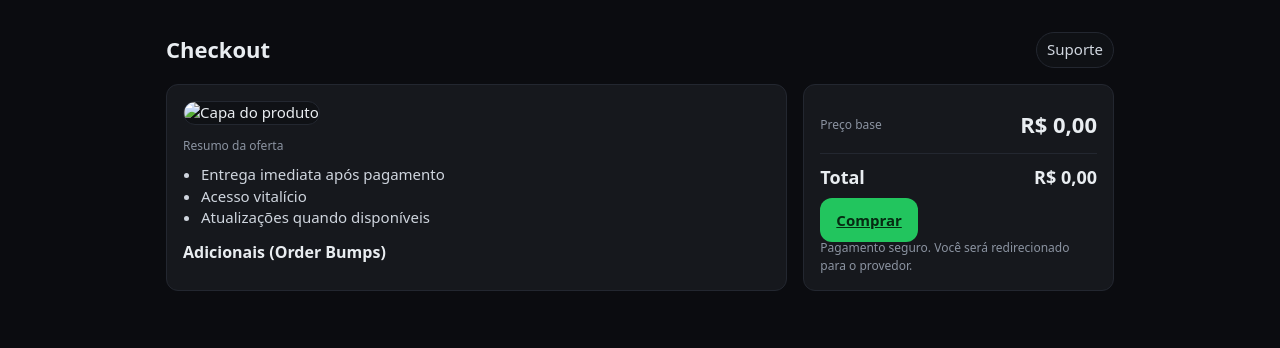
Repository: Rob-son-prog/hiveloja-whatsapp
Page: checkout/index.html
These files come from the project's save history. The page is drawn as it stood at one moment and after the next save; the edit follows.
The browser window is 1280 px wide. The pictures show the whole page.
The page's requests for data from a server got no answer.

Above is the page before, as saved 2025-10-09 10:04:18.

### checkout/index.html
<!doctype html>
<html lang="pt-BR">
<head>
  <meta charset="utf-8" />
  <meta name="viewport" content="width=device-width,initial-scale=1" />
  <title>Checkout</title>
  <style>
    :root{--bg:#0b0c10;--card:#16181d;--muted:#8b93a1;--txt:#e9edf1;--acc:#22c55e;--bd:#232730;}
    *{box-sizing:border-box}
    body{margin:0;font:15px/1.45 system-ui,-apple-system,Segoe UI,Roboto,Arial;background:var(--bg);color:var(--txt)}
    .wrap{max-width:980px;margin:32px auto;padding:0 16px}
    .head{display:flex;justify-content:space-between;align-items:center;margin-bottom:16px}
    .tabs{display:flex;gap:8px;flex-wrap:wrap}
    .tab{border:1px solid var(--bd);background:#0f1115;color:var(--txt);padding:8px 12px;border-radius:10px;cursor:pointer}
    .tab.active{background:var(--acc);color:#092b14;font-weight:700;border-color:#15803d}
    .grid{display:grid;grid-template-columns:2fr 1fr;gap:16px}
    .card{background:var(--card);border:1px solid var(--bd);border-radius:12px;padding:16px}
    .img{width:100%;height:280px;border-radius:12px;object-fit:cover;border:1px solid var(--bd);background:#0f1115}
    h1{font-size:22px;margin:0}
    h2{font-size:16px;margin:0 0 10px}
    .muted{color:var(--muted);font-size:12px}
    .price{font-size:22px;font-weight:800}
    .bump{display:flex;gap:10px;align-items:flex-start;border:1px dashed #2b313b;padding:10px;border-radius:10px;margin-bottom:10px;background:#0f1115}
    .bump input{margin-top:2px}
    .row{display:flex;justify-content:space-between;align-items:center;margin:8px 0}
    .total{font-size:18px;font-weight:800}
    .btn{appearance:none;border:0;border-radius:12px;padding:12px 16px;cursor:pointer;font-weight:700;width:100%}
    .btn-buy{background:var(--acc);color:#062a12}
    .badge{display:inline-flex;gap:6px;align-items:center;background:#0f1115;border:1px solid var(--bd);padding:6px 10px;border-radius:999px;color:#d1d7e0}
    .list{margin:10px 0 0;padding:0 0 0 18px;color:#cfd5de}
    @media (max-width:880px){.grid{grid-template-columns:1fr}}
  </style>
</head>
<body>
  <div class="wrap">
    <div class="head">
      <h1>Checkout</h1>
      <span class="badge" id="supportBadge">Suporte</span>
    </div>

    <div class="tabs" id="tabs"></div>

    <div class="grid">
      <!-- COL ESQ: produto -->
      <div class="card">
        <img id="cover" class="img" alt="Capa do produto" />
        <h2 id="title" style="margin-top:12px"></h2>
        <div class="muted">Resumo da oferta</div>
        <ul class="list" id="summaryList">
          <li>Entrega imediata após pagamento</li>
          <li>Acesso vitalício</li>
          <li>Atualizações quando disponíveis</li>
        </ul>

        <div style="height:12px"></div>
        <h2>Adicionais (Order Bumps)</h2>
        <div id="bumps"></div>
      </div>

      <!-- COL DIR: preço + comprar -->
      <div class="card">
        <div class="row">
          <div class="muted">Preço base</div>
          <div id="basePrice" class="price">R$ 0,00</div>
        </div>

        <div id="bumpLines"></div>

        <div class="row" style="border-top:1px solid var(--bd);padding-top:10px;margin-top:12px">
          <div class="total">Total</div>
          <div id="total" class="total">R$ 0,00</div>
        </div>

        <div style="height:12px"></div>
<a class="btn btn-buy" href="/mp/checkout?product=A">Comprar</a>
<div class="muted" style="margin-top:8px">Pagamento seguro. Você será redirecionado para o provedor.</div>

      </div>
    </div>
  </div>

  <script>
    // ------- helpers -------
    const parseBRL = (s='')=>{
      s = (s+'').replace(/\s/g,'').replace(/[R$\s]/gi,'').replace(/\./g,'').replace(',', '.');
      const n = Number(s);
      return isFinite(n) ? n : 0;
    };
    const fmtBRL = (n)=> n.toLocaleString('pt-BR',{style:'currency',currency:'BRL'});

    const makeOrderId = ()=> 'ORD-' + Date.now().toString(36).toUpperCase().slice(-6);

    // ------- estado -------
    let CONFIG=null;
    let cur='A'; // produto selecionado
    const el= (id)=>document.getElementById(id);

    async function loadConfig(){
      const r = await fetch('/config',{cache:'no-store'});
      CONFIG = await r.json();

      // tabs
      const tabs = el('tabs');
      const aLabel = CONFIG?.produtoA?.rotulo || 'Produto A';
      const bLabel = CONFIG?.produtoB?.rotulo || 'Produto B';
      tabs.innerHTML = `
        <button class="tab active" data-k="A">${aLabel}</button>
        <button class="tab" data-k="B">${bLabel}</button>
      `;
      tabs.onclick = (ev)=>{
        const b = ev.target.closest('.tab'); if(!b) return;
        cur = b.dataset.k;
        [...tabs.children].forEach(x=>x.classList.remove('active'));
        b.classList.add('active');
        renderProduct();
      };

      // badge suporte
      el('supportBadge').textContent = (CONFIG.whatsapp_suporte || 'Suporte');

      renderProduct();
    }

    function getProd(){
      return cur==='A' ? CONFIG?.produtoA || {} : CONFIG?.produtoB || {};
    }

    function renderProduct(){
      const p = getProd();

      // imagem + título
      el('cover').src = p.cover_url || '';
      el('title').textContent = p.titulo || `Produto ${cur}`;

      // preço base
      el('basePrice').textContent = p.preco || 'R$ 0,00';

      // bumps
      const host = el('bumps');
      host.innerHTML = '';
      const lines = el('bumpLines');
      lines.innerHTML = '';

      const bumps = Array.isArray(p.bumps) ? p.bumps.slice(0,3) : [];
      bumps.forEach(b=>{
        const id = `bump_${b.id}`;
        const row = document.createElement('label');
        row.className = 'bump';
        row.innerHTML = `
          <input type="checkbox" id="${id}" data-id="${b.id}" data-preco="${b.preco||''}">
          <div>
            <div><strong>${b.titulo || 'Adicional'}</strong></div>
            <div class="muted">${b.preco || ''}</div>
          </div>
        `;
        host.appendChild(row);
      });

      // total
      calcTotal();
      host.onchange = calcTotal;

      // comprar
      el('buyBtn').onclick = onBuy;
    }

    function calcTotal(){
      const p = getProd();
      let total = parseBRL(p.preco || '0');
      const bumps = Array.from(el('bumps').querySelectorAll('input[type=checkbox]'));
      const lines = el('bumpLines');
      lines.innerHTML = '';
      bumps.forEach(chk=>{
        if(chk.checked){
          const price = parseBRL(chk.dataset.preco||'0');
          total += price;
          const line = document.createElement('div');
          line.className='row';
          line.innerHTML = `<div class="muted">+ ${chk.nextElementSibling?.querySelector('strong')?.textContent || 'Adicional'}</div>
                            <div>${chk.dataset.preco || ''}</div>`;
          lines.appendChild(line);
        }
      });
      el('total').textContent = fmtBRL(total);
    }

    function onBuy(){
      const p = getProd();
      if(!p.checkout_url){
        alert('Checkout URL do produto não configurada.');
        return;
      }
      const orderId = makeOrderId();
      let url = (p.checkout_url+'').replace('{ORDER_ID}', orderId);

      // flags de bumps
      const bumps = Array.from(el('bumps').querySelectorAll('input[type=checkbox]'));
      const params = new URLSearchParams();
      bumps.forEach(chk => params.set(chk.dataset.id, chk.checked ? '1' : '0'));
      // anexa
      const glue = url.includes('?') ? '&' : '?';
      url = url + glue + params.toString();

      // abre
      window.location.href = url;
    }

    loadConfig().catch(err=>{
      console.error(err);
      alert('Falha ao carregar configurações.');
    });
  </script>
</body>
</html>

After the next save:
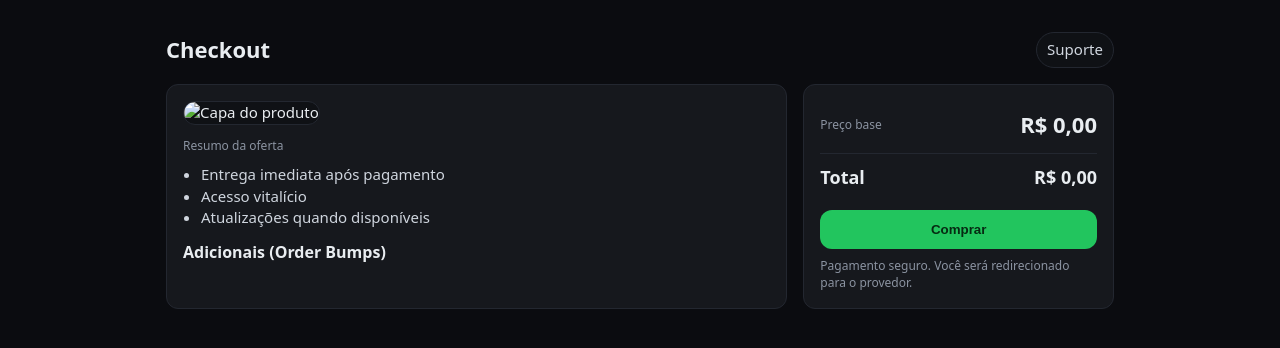
Saved 25 min 47 s later.
--- a/checkout/index.html
+++ b/checkout/index.html
@@ -72,9 +72,9 @@
         </div>
 
         <div style="height:12px"></div>
-<a class="btn btn-buy" href="/mp/checkout?product=A">Comprar</a>
-<div class="muted" style="margin-top:8px">Pagamento seguro. Você será redirecionado para o provedor.</div>
-
+        <!-- botão corrigido (id=buyBtn) -->
+        <button class="btn btn-buy" id="buyBtn">Comprar</button>
+        <div class="muted" style="margin-top:8px">Pagamento seguro. Você será redirecionado para o provedor.</div>
       </div>
     </div>
   </div>
@@ -87,7 +87,6 @@
       return isFinite(n) ? n : 0;
     };
     const fmtBRL = (n)=> n.toLocaleString('pt-BR',{style:'currency',currency:'BRL'});
-
     const makeOrderId = ()=> 'ORD-' + Date.now().toString(36).toUpperCase().slice(-6);
 
     // ------- estado -------
@@ -121,9 +120,7 @@
       renderProduct();
     }
 
-    function getProd(){
-      return cur==='A' ? CONFIG?.produtoA || {} : CONFIG?.produtoB || {};
-    }
+    function getProd(){ return cur==='A' ? (CONFIG?.produtoA || {}) : (CONFIG?.produtoB || {}); }
 
     function renderProduct(){
       const p = getProd();
@@ -161,7 +158,8 @@
       host.onchange = calcTotal;
 
       // comprar
-      el('buyBtn').onclick = onBuy;
+      const btn = el('buyBtn');
+      if (btn) btn.onclick = onBuy;
     }
 
     function calcTotal(){
@@ -197,11 +195,12 @@
       const bumps = Array.from(el('bumps').querySelectorAll('input[type=checkbox]'));
       const params = new URLSearchParams();
       bumps.forEach(chk => params.set(chk.dataset.id, chk.checked ? '1' : '0'));
-      // anexa
+
+      // anexa query
       const glue = url.includes('?') ? '&' : '?';
       url = url + glue + params.toString();
 
-      // abre
+      // redireciona
       window.location.href = url;
     }
 
